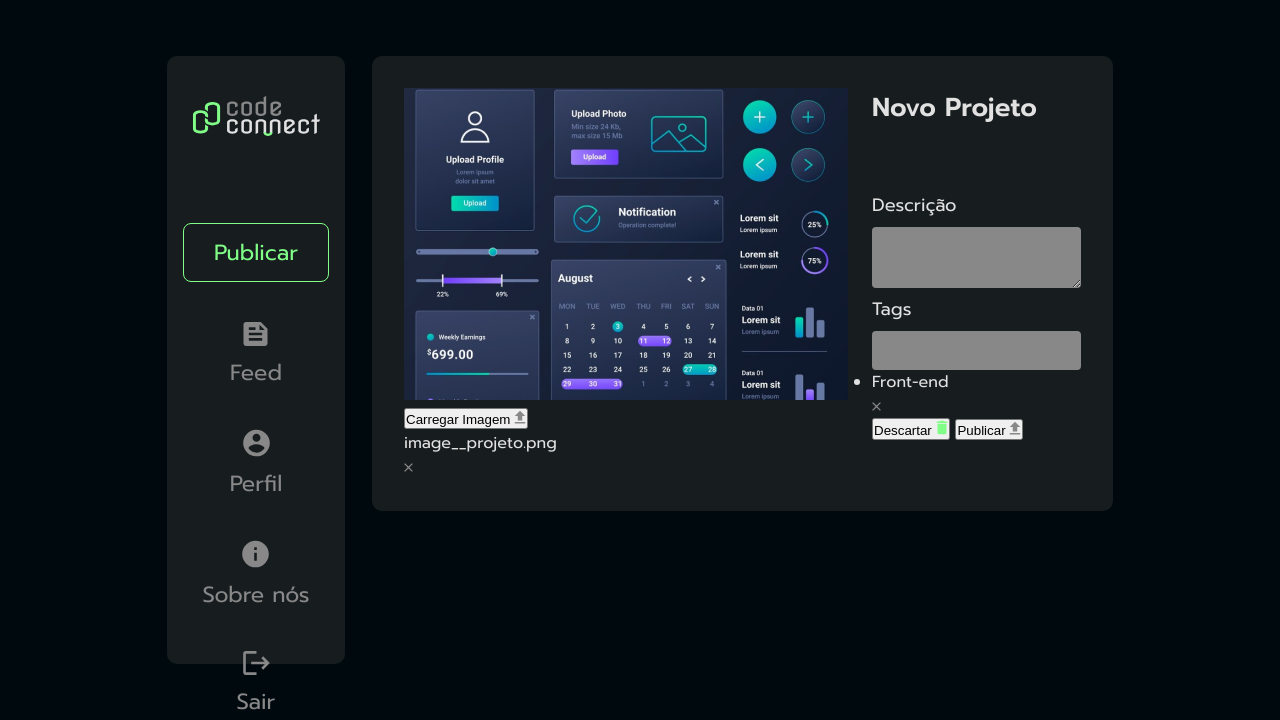
Repository: joaoPraiaJunior/async_await
Page: index.html
An editor plug-in stored every save of this project. The page is shown before and after the next save, followed by the edit.
The browser window is 1280 px wide. The pictures show the whole page.

Above is the page before, as saved 2024-08-24 19:27:36.

### index.html
<!DOCTYPE html>
<html lang="pt-BR" dir="ltr">

<head>
    <meta charset="UTF-8">
    <meta name="viewport" content="width=device-width, initial-scale=1.0">
    <meta name="description" content="Projeto Async Await">
    <link rel="preconnect" href="https://fonts.googleapis.com">
    <link rel="preconnect" href="https://fonts.gstatic.com" crossorigin>
    <link href="https://fonts.googleapis.com/css2?family=Prompt:ital,wght@0,100;0,200;0,300;0,400;0,500;0,600;0,700;0,800;0,900;1,100;1,200;1,300;1,400;1,500;1,600;1,700;1,800;1,900&display=swap" rel="stylesheet">
    <link rel="stylesheet" href="./css/styles.css">
    <title>CodeConnect</title>
</head>

<body>

    <aside class="l-lateral">
        <figure><img src="./img/Logo.svg" alt="Logo do codeconnect"></figure>
        <nav class="c-menu">
            <ul class="c-menu__lista">
                <li class="c-menu__item"><a href="#" class="c-menu__link">Publicar</a></li>
                <li class="c-menu__item"><a href="#" class="c-menu__link"><img src="./img/feed.svg" aria-hidden="true" alt>Feed</a></li>
                <li class="c-menu__item"><a href="#" class="c-menu__link"><img src="./img/account_circle.svg" aria-hidden="true" alt>Perfil</a></li>
                <li class="c-menu__item"><a href="#" class="c-menu__link"><img src="./img/info.svg" aria-hidden="true" alt>Sobre nós</a></li>
                <li class="c-menu__item"><a href="#" class="c-menu__link"><img src="./img/logout.svg" aria-hidden="true" alt>Sair</a></li>
            </ul>
        </nav>
    </aside>

    <main class="l-principal">
        <div class="c-upload-imagem">
            <div class="c-upload-imagem__container">
                <figure class="c-upload-imagem__publicacao">
                    <img src="./img/imagem1.png" alt>
                </figure>
            </div>
            <button class="c-upload-imagem__botao" aria-label="carregar imagem">Carregar Imagem <img src="./img/upload.svg" aria-hidden="true" alt></button>
            <div class="c-upload-imagem__descricao">
                <p>image__projeto.png</p>
                <img src="./img/close.svg" aria-hidden="true" alt>
            </div>
        </div>

        <div class="c-formulario">
            <h2 class="c-formulario__titulo">Novo Projeto</h2>
            <form class="c-formulario__acoes">
                <div class="c-formulario__grupo">
                    <label for="Descricao">Descrição</label>
                    <textarea name="descricao" id="descricao">
                    </textarea>
                </div>

                <div class="c-formulario__grupo">
                    <label for="Tags">Tags</label>
                    <input type="text" name="tags" id="tags">
                </div>

                <ul class="c-formulario__lista-tags">
                    <li>
                        <p>Front-end</p>
                        <img src="./img/close.svg" alt>
                    </li>
                </ul>

                <div class="c-formulario__grupo">
                    <button class="c-formulario__botao">Descartar <img src="./img/trash.svg" aria-hidden="true" alt></button>
                    <button class="c-formulario__botao">Publicar <img src="./img/upload.svg" aria-hidden="true" alt></button>
                </div>
            </form>
        </div>
    </main>

    <script src="./js/scripts.js"></script>
</body>

</html>

### css/styles.css
:root {
  /* Cores */
  --background-color: #00090e;
  --cor-do-texto: #e1e1e1;
  --cor-primaria: #81fe88;
  --cor-secundaria: #888888;
  --cor-da-tag: #171d1f;
  --componentes-do-background: #171d1f;

  /* Fontes */
  --fonte-padrao: "Prompt", sans-serif;
}

* {
  margin: 0;
  padding: 0;
  box-sizing: border-box;
}

html {
  font-size: 62.5%;
}

body {
  display: flex;
  justify-content: center;
  align-items: start;
  gap: 2.7rem;
  font-family: var(--fonte-padrao);
  font-size: 1.6rem;
  background-color: var(--background-color);
  color: var(--cor-do-texto);
  padding: 5.6rem 0;
  height: 100vh;
}

.l-lateral {
  text-align: center;
  background-color: var(--componentes-do-background);
  border-radius: 1.0rem;
  padding: 4.0rem 1.6rem;
  height: 100%;
}

.c-menu__lista {
    display: flex;
    flex-direction: column;
    align-items: center;
    gap: 4.0rem;
    margin-top: 8.0rem;
    list-style-type: none;
}

.c-menu__link {
    display: flex;
    flex-direction: column;
    align-items: center;
    gap: 1.0rem;
    font-size: 2.2rem;
    text-decoration: none;
    color: var(--cor-secundaria);
}

.c-menu__lista li:first-of-type a {
    color: var(--cor-primaria);
    border: .1rem solid var(--cor-primaria);
    border-radius: .8rem;
    padding: 1.2rem 3.0rem;
}


.l-principal {
    display: flex;
    gap: 2.4rem;
    background-color: var(--componentes-do-background);
    border-radius: 1.0rem;
    padding: 3.2rem;
}

.c-formulario {
    display: flex;
    flex-direction: column;
    gap: 2.4rem;
}

.c-formulario__titulo {
    font-size: 2.6rem;
    font-weight: 600;
    margin-bottom: 4.0rem;
}

.c-formuario__acoes {
    display: flex;
    flex-direction: column;
    gap: 2.4rem;
}

.c-formulario__grupo label {
    display: block;
    font-size: 1.8rem;
    font-weight: 400;
    margin-bottom: .8rem;
}

.c-formulario__grupo input, textarea {
    background-color: var(--cor-secundaria);
    font-family: var(--fonte-padrao);
    line-height: 2.25rem;
    border: none;
    border-radius: .4rem;
    padding:.8rem 1.6rem;
    width: 100%;
}

.c-formulario__grupo input {
    height: 3.9rem;
}

Loaded but not shown: js/scripts.js (no copy from this time; the picture is the same without it)

After the next save:
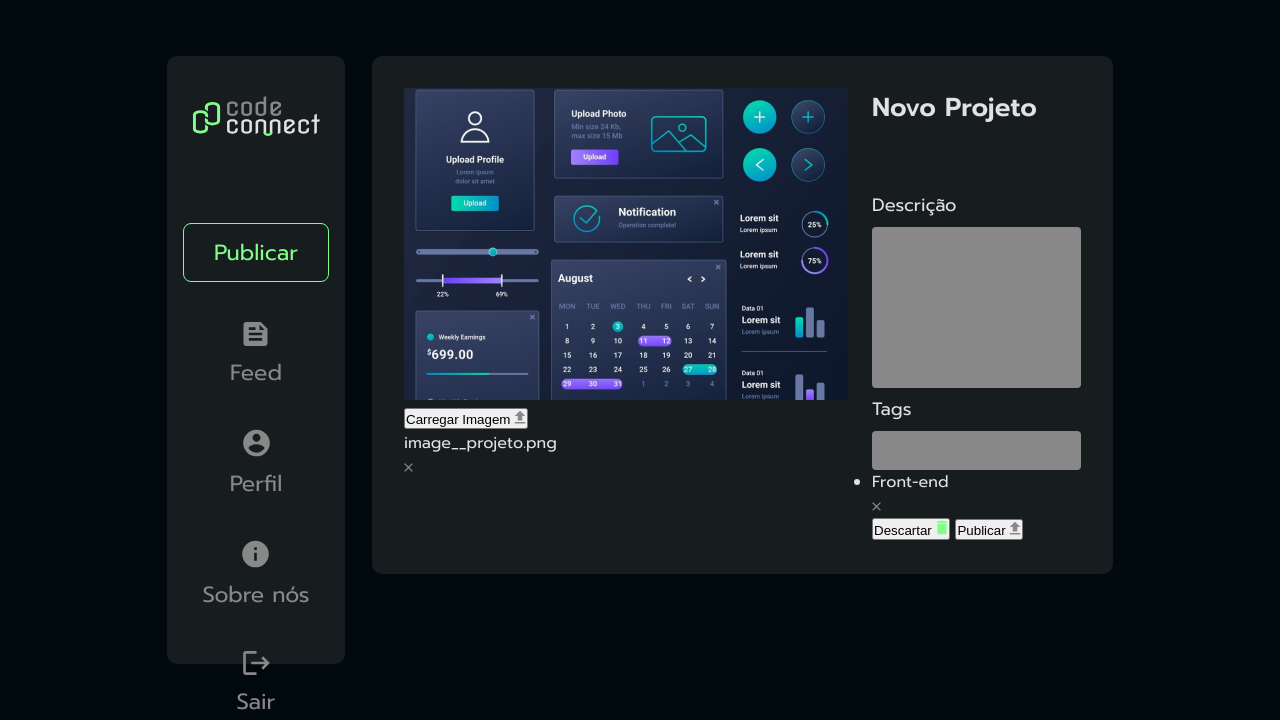
Saved 48 s later.
--- a/css/styles.css
+++ b/css/styles.css
@@ -112,6 +112,11 @@ body {
     width: 100%;
 }
 
+.c-formulario__grupo textarea {
+    resize: none;
+    height: 16.1rem;
+}
+
 .c-formulario__grupo input {
     height: 3.9rem;
 }
